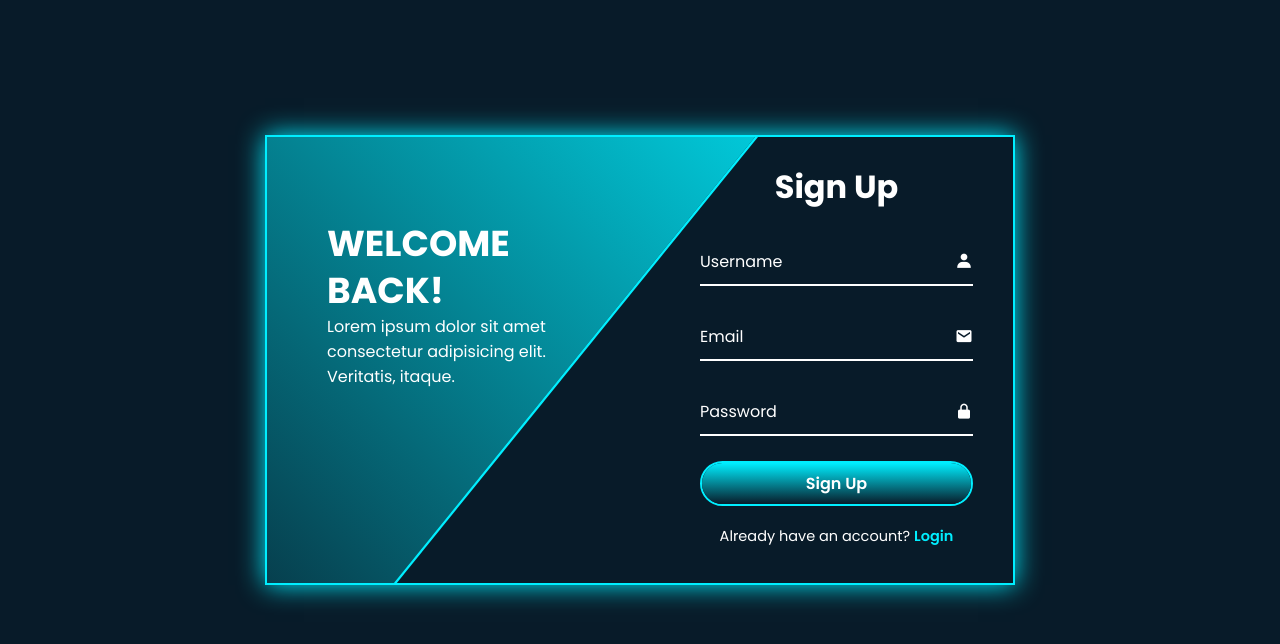
Repository: swastikjhacoder/Login-Registration-HTML
Page: index.html
The author's editor kept a copy of each file at every save. The page is drawn from the files as they stood at one save, then again after the next save.
The browser window is 1280 px wide. The pictures show the whole page.

Above is the page before, as saved 2023-09-18 16:05:53.
Not found: js/toastify.js

### index.html
<!DOCTYPE html>
<html lang="en">
  <head>
    <meta charset="UTF-8" />
    <meta http-equiv="X-UA-Compatible" content="IE=edge" />
    <meta name="viewport" content="width=device-width, initial-scale=1.0" />
    <title>Login</title>
    <link rel="shortcut icon" href="./images/favicon.png" />
    <link rel="stylesheet" href="style.css" />
    <link href='https://unpkg.com/boxicons@2.1.4/css/boxicons.min.css' rel='stylesheet'>
    <script src="./js/toastify.js"></script>
  </head>
  <body>
    <div class="wrapper">
        <span class="bg-animate1"></span>
        <span class="bg-animate2"></span>

        <div class="form-box login">
            <h2>Login</h2>
            <form action="#">
                <div class="input-box">
                    <input type="text" required/>
                    <label>Username</label>
                    <i class='bx bxs-user'></i>
                </div>
                <div class="input-box">
                    <input type="password" required/>
                    <label>Password</label>
                    <i class='bx bxs-lock-alt' ></i>
                </div>
                <button type="submit" class="btn">Login</button>
                <div class="logreg-link">
                    <p>Don't have an account? <a href="#" class="register-link">Sign Up</a></p>
                </div>
            </form>
        </div>
        <div class="info-text login">
            <h2>Welcome Back!</h2>
            <p>Lorem ipsum dolor sit amet consectetur adipisicing elit. Veritatis, itaque.</p>
        </div>

        <div class="form-box register">
            <h2>Sign Up</h2>
            <form action="#">
                <div class="input-box">
                    <input type="text" required/>
                    <label>Username</label>
                    <i class='bx bxs-user'></i>
                </div>
                <div class="input-box">
                    <input type="email" required/>
                    <label>Email</label>
                    <i class='bx bxs-envelope' ></i>
                </div>
                <div class="input-box">
                    <input type="password" required/>
                    <label>Password</label>
                    <i class='bx bxs-lock-alt' ></i>
                </div>
                <button type="submit" class="btn">Sign Up</button>
                <div class="logreg-link">
                    <p>Already have an account? <a href="#" class="login-link">Login</a></p>
                </div>
            </form>
        </div>

        <div class="info-text register">
            <h2>Welcome Back!</h2>
            <p>Lorem ipsum dolor sit amet consectetur adipisicing elit. Veritatis, itaque.</p>
        </div>
    </div>

  </body>
</html>

### style.css
@import url('https://fonts.googleapis.com/css2?family=Poppins:ital,wght@0,100;0,200;0,300;0,400;0,500;0,600;0,700;0,800;0,900;1,400&display=swap');

* {
    margin: 0;
    padding: 0;
    box-sizing: border-box;
    font-family: 'Poppins', sans-serif;
}

body {
    display: flex;
    justify-content: center;
    align-items: center;
    min-height: 100vh;
    background: #081b29;
}

.wrapper {
    position: relative;
    width: 750px;
    height: 450px;
    background: transparent;
    border: 2px solid #0ef;
    box-shadow: 0 0 25px #0ef;
    overflow: hidden;
}

.wrapper .form-box {
    position: absolute;
    top: 0;
    width: 50%;
    height: 100%;
    display: flex;
    flex-direction: column;
    justify-content: center;
}

.wrapper .form-box.login {
    left: 0;
    padding: 0 60px 0 40px;
    display: none;
}

.wrapper .form-box.register {
    right: 0;
    padding: 0 40px 0 60px;
}

.form-box h2 {
    font-size: 32px;
    color: #fff;
    text-align: center;
}

.form-box .input-box {
    position: relative;
    width: 100%;
    height: 50px;
    margin: 25px 0;
}

.input-box input {
    width: 100%;
    height: 100%;
    background: transparent;
    border: none;
    outline: none;
    border-bottom: 2px solid #fff;
    padding-right: 23px;
    font-size: 16px;
    color: #fff;
    font-weight: 500;
    transition: .5s;
}

.input-box input:focus,
.input-box input:valid {
    border-bottom-color: #0ef;
}

.input-box label {
    position: absolute;
    top: 50%;
    left: 0;
    transform: translateY(-50%);
    font-size: 16px;
    color: #fff;
    pointer-events: none;
    transition: .5s;
}

.input-box input:focus~label,
.input-box input:valid~label {
    top: -5px;
    color: #0ef
}

.input-box i {
    position: absolute;
    top: 50%;
    right: 0;
    transform: translateY(-50%);
    font-size: 18px;
    color: #fff;
    transition: .5s;
}

.input-box input:focus~i,
.input-box input:valid~i {
    color: #0ef
}

.btn {
    position: relative;
    width: 100%;
    height: 45px;
    background: transparent;
    border: 2px solid #0ef;
    outline: none;
    border-radius: 40px;
    cursor: pointer;
    font-size: 16px;
    color: #fff;
    font-weight: 600;
    z-index: 1;
    overflow: hidden;
}

.btn::before {
    content: '';
    position: absolute;
    top: -100%;
    left: 0;
    width: 100%;
    height: 300%;
    background: linear-gradient(#081b29, #0ef, #081b29, #0ef);
    z-index: -1;
    transition: .5s;
}

.btn:hover::before {
    top: 0;
}

.form-box .logreg-link {
    font-size: 14.5px;
    color: #fff;
    text-align: center;
    margin: 20px 0 10px;
}

.logreg-link p a {
    color: #0ef;
    text-decoration: none;
    font-weight: 600;
}

.logreg-link p a:hover {
    text-decoration: underline;
}

.wrapper .info-text {
    position: absolute;
    top: 0;
    width: 50%;
    height: 100%;
    display: flex;
    flex-direction: column;
    justify-content: center;
}

.wrapper .info-text.login {
    right: 0;
    text-align: right;
    padding: 0 40px 60px 150px;
    display: none;
}
.wrapper .info-text.register {
    left: 0;
    text-align: left;
    padding: 40px 60px 150px;
}

.info-text h2 {
    font-size: 36px;
    color: #fff;
    line-height: 1.3;
    text-transform: uppercase;
}

.info-text p {
    font-size: 16px;
    color: #fff;
}

.wrapper .bg-animate1 {
    position: absolute;
    top: -4px;
    right: 0;
    width: 850px;
    height: 600px;
    background: linear-gradient(45deg, #081b29, #0ef);
    border-bottom: 3px solid #0ef;
    /* transform: rotate(10deg) skewY(40deg); */
    transform: rotate(0) skewY(0);
    transform-origin: bottom right;
}

.wrapper .bg-animate2 {
    position: absolute;
    top: 100%;
    left: 250px;
    width: 850px;
    height: 700px;
    background: #081b29;
    border-top: 3px solid #0ef;
    transform: rotate(-11deg) skewY(-40deg);
    transform-origin: bottom left;
}

After the next save:
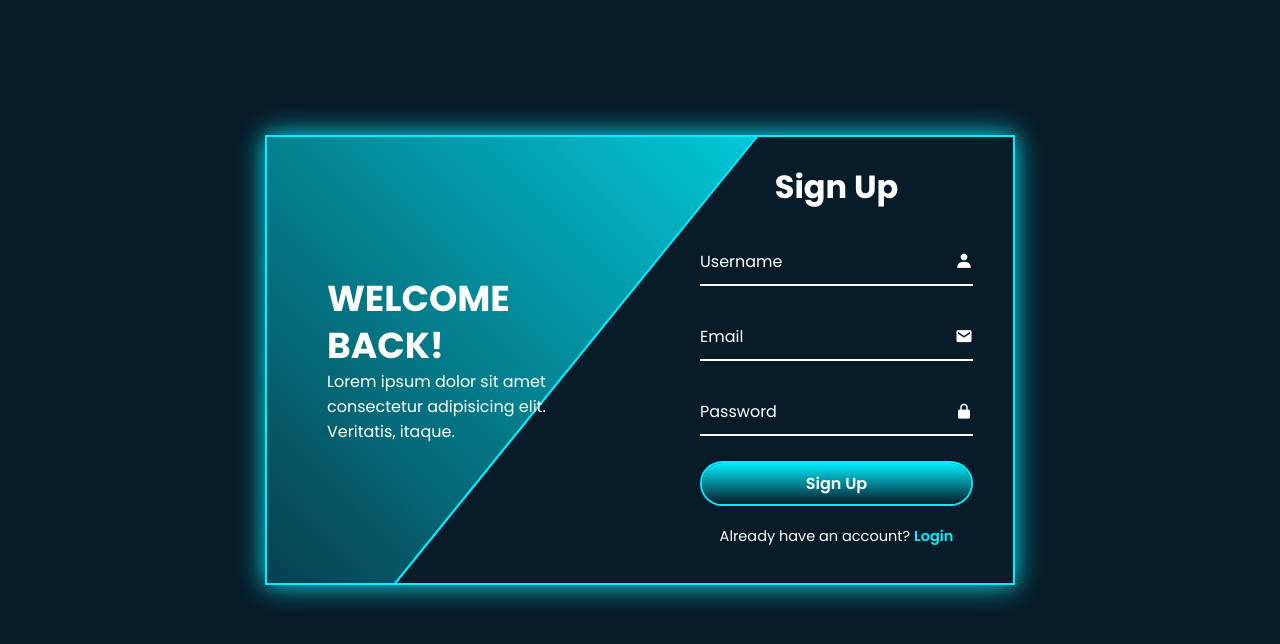
Saved 10 s later.
--- a/style.css
+++ b/style.css
@@ -178,7 +178,7 @@ body {
 .wrapper .info-text.register {
     left: 0;
     text-align: left;
-    padding: 40px 60px 150px;
+    padding: 40px 60px 40px;
 }
 
 .info-text h2 {
